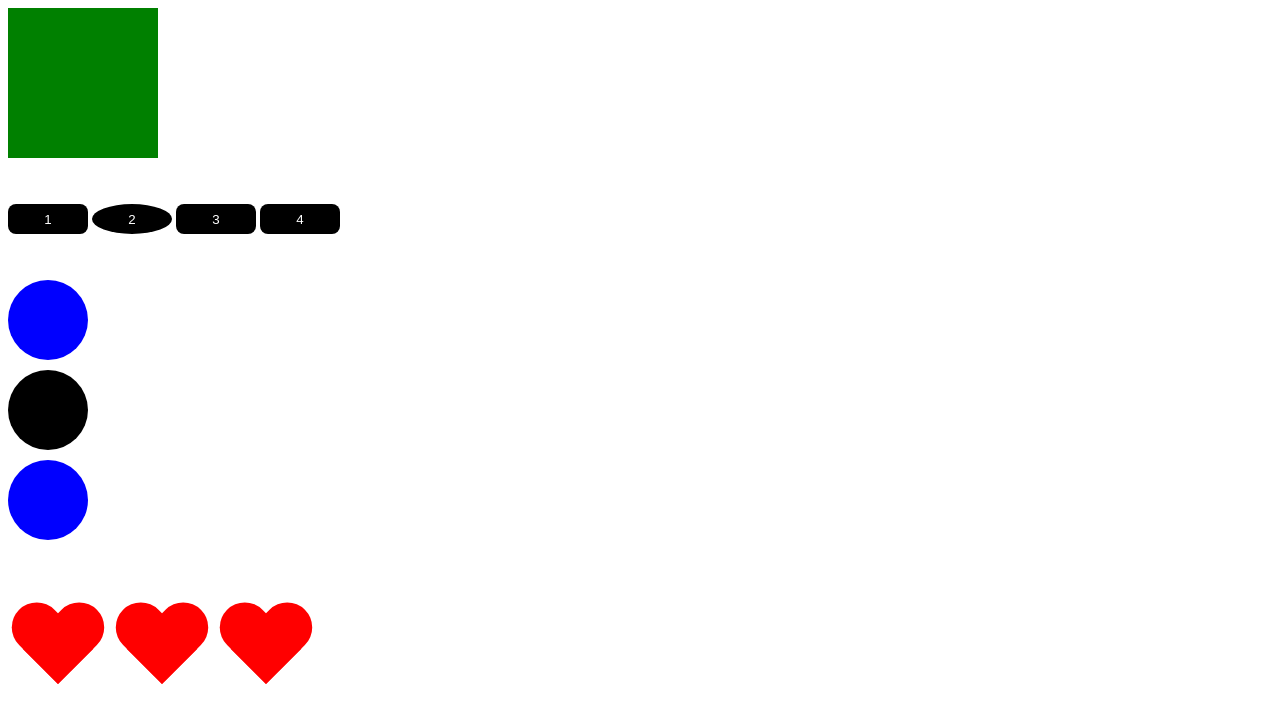
Repository: ivan151/jsudemy
Page: index.html
The author's editor kept a copy of each file at every save. The page is drawn from the files as they stood at one save, then again after the next save.
The browser window is 1280 px wide. The pictures show the whole page.

Above is the page before, as saved 2020-05-02 09:57:19.

### index.html
<!DOCTYPE html>
<html lang="en">
<head>
    <meta charset="UTF-8">
    <meta name="viewport" content="width=device-width, initial-scale=1.0">
    <title>Document</title>
    <link rel="stylesheet" href="original.css">
</head>
<body>
    <div class = 'box' id = 'box'></div>
    <br><br>
    <button>1</button>
    <button>2</button>
    <button>3</button>
    <button>4</button>
    <br>
    <br>
    <br>
    <div class="circle"></div>
    <div class="circle"></div>
    <div class="circle"></div>
    <br>
    <br>
    <br>
    <div class="heart"></div>
    <div class="heart"></div>
    <div class="heart"></div>
    <div class="div" class = 'box'></div>
    <script src="script.js"></script>
</body>
</html>

### original.css
.box {
  width: 150px;
  height: 150px;
  /* background-color: red; */
}
button {
	width: 80px;
	height: 30px;
	margin-top: 10px;
	border: none;
	border-radius: 8px;
	background-color: #000;
	color: #fff;
	cursor: pointer;
	outline: none;
}

.circle {
	width: 80px;
	height: 80px;
	background-color: blue;
	display: block;
	margin-top: 10px;
	border-radius: 100%;
}

.heart {
	display: inline-block;
    position: relative;
    width: 100px;
    height: 90px;
    margin-top: 10px;
}
.heart:before,
.heart:after {
    position: absolute;
    content: "";
    left: 50px;
    top: 0;
    width: 50px;
    height: 80px;
    background: red;
    -moz-border-radius: 50px 50px 0 0;
    border-radius: 50px 50px 0 0;
    -webkit-transform: rotate(-45deg);
       -moz-transform: rotate(-45deg);
        -ms-transform: rotate(-45deg);
         -o-transform: rotate(-45deg);
            transform: rotate(-45deg);
    -webkit-transform-origin: 0 100%;
       -moz-transform-origin: 0 100%;
        -ms-transform-origin: 0 100%;
         -o-transform-origin: 0 100%;
            transform-origin: 0 100%;
}
.heart:after {
    left: 0;
    -webkit-transform: rotate(45deg);
       -moz-transform: rotate(45deg);
        -ms-transform: rotate(45deg);
         -o-transform: rotate(45deg);
            transform: rotate(45deg);
    -webkit-transform-origin: 100% 100%;
       -moz-transform-origin: 100% 100%;
        -ms-transform-origin: 100% 100%;
         -o-transform-origin: 100% 100%;
            transform-origin :100% 100%;
}
.black{
	width: 150px;
	height: 50px;
	line-height: 50px;
	text-align: center;
	background-color: black;
	margin-bottom: 30px;
	margin-top: 30px;
	color: #fff;
}

### script.js
let box = document.getElementById('box'), // by id
    btn = document.getElementsByTagName('button'), // by tag
    circle = document.getElementsByClassName('circle'), //by class
    heart = document.querySelectorAll('.heart'), //all elements
    oneHeart = document.querySelector('.heart'); //first element

box.style.backgroundColor = 'green';
btn[1].style.borderRadius = '100%';

circle[1].style.backgroundColor = 'black';

console.log(box);
console.log(btn);
console.log(btn[2]);
console.log(circle);
console.log(circle[2]);

After the next save:
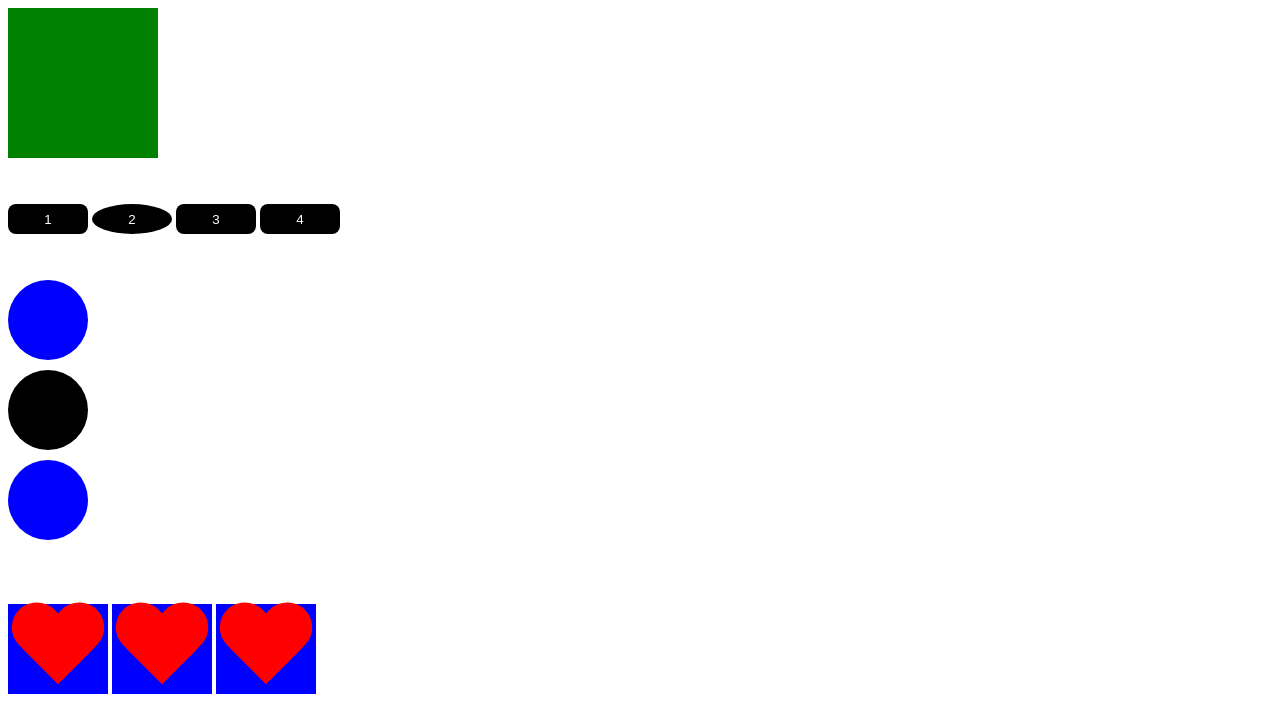
Saved 4 min 14 s later.
--- a/script.js
+++ b/script.js
@@ -9,6 +9,10 @@ btn[1].style.borderRadius = '100%';
 
 circle[1].style.backgroundColor = 'black';
 
+for (let i = 0; i < heart.length; i++) {
+    heart[i].style.backgroundColor = 'blue';
+}
+
 console.log(box);
 console.log(btn);
 console.log(btn[2]);
